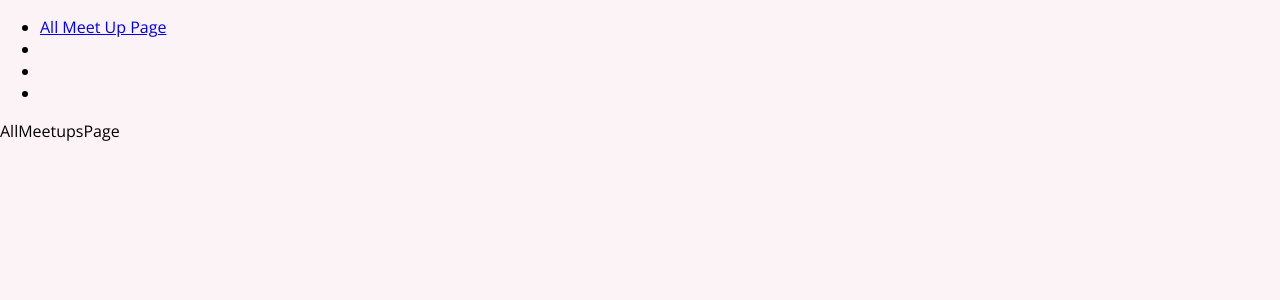
Repository: portretrieve/react-meetup-app
Page: /
An editor plug-in stored every save of this project. The page is shown before and after a run of saves, followed by the edit.
The browser window is 1280 px wide. The pictures show the whole page.
The project was rebuilt for these pictures with package versions that can differ from the ones it lists, and the page was loaded fresh each time. A package was used in the major version that the imports need, not the one package.json lists. Also part of the build but not shown: src/pages/Favourites.js, src/pages/NewMeetup.js.

Above is the page before, as saved 2021-08-17 17:19:31.

### src/App.js
import { Route, Switch } from "react-router-dom";

import AllMeetupsPage from "./pages/AllMeetups";
import FavouritesPage from "./pages/Favourites";
import NewMeetupPage from "./pages/NewMeetup";
import ABC from "./pages/ABC";

function App() {
  return (
    <div>
      <ul>
        <li>
          <a href="/">All Meet Up Page</a>
        </li>
        <li></li>
        <li></li>
        <li></li>
      </ul>
      <Switch>
        <Route path="/" exact>
          <AllMeetupsPage />
        </Route>
        <Route path="/fav-page">
          <FavouritesPage />
        </Route>
        <Route path="/meet-page">
          <NewMeetupPage />
        </Route>
        <Route path="/fav-page-item">
          <ABC />
        </Route>
      </Switch>
    </div>
  );
}

export default App;

### src/pages/AllMeetups.js
import React from "react";

function AllMeetupsPage() {
  return <div>AllMeetupsPage</div>;
}

export default AllMeetupsPage;

Loaded but not shown: public/index.html (common file); src/index.js (common file); src/index.css (common file); src/pages/ABC.js (no stored copy; drawn as an empty file)

After the next 2 saves:
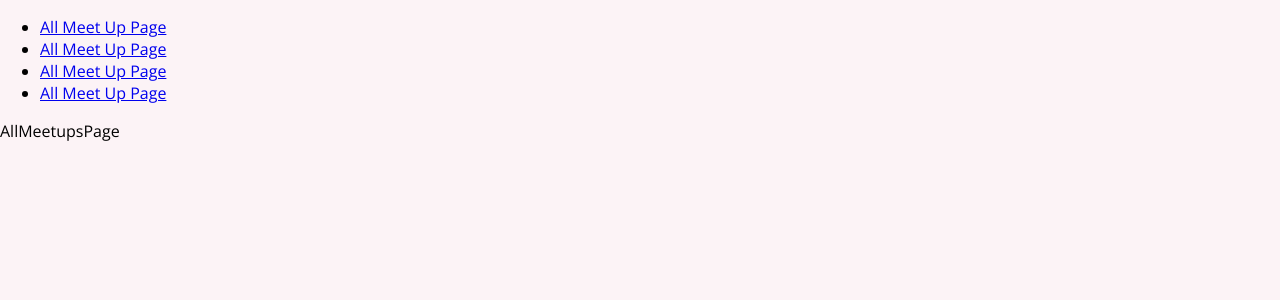
The 2 saves are shown as one change because they came seconds apart.
The last was saved 35 s later.
--- a/src/App.js
+++ b/src/App.js
@@ -12,9 +12,15 @@ function App() {
         <li>
           <a href="/">All Meet Up Page</a>
         </li>
-        <li></li>
-        <li></li>
-        <li></li>
+        <li>
+          <a href="/">All Meet Up Page</a>
+        </li>
+        <li>
+          <a href="/">All Meet Up Page</a>
+        </li>
+        <li>
+          <a href="/">All Meet Up Page</a>
+        </li>
       </ul>
       <Switch>
         <Route path="/" exact>
